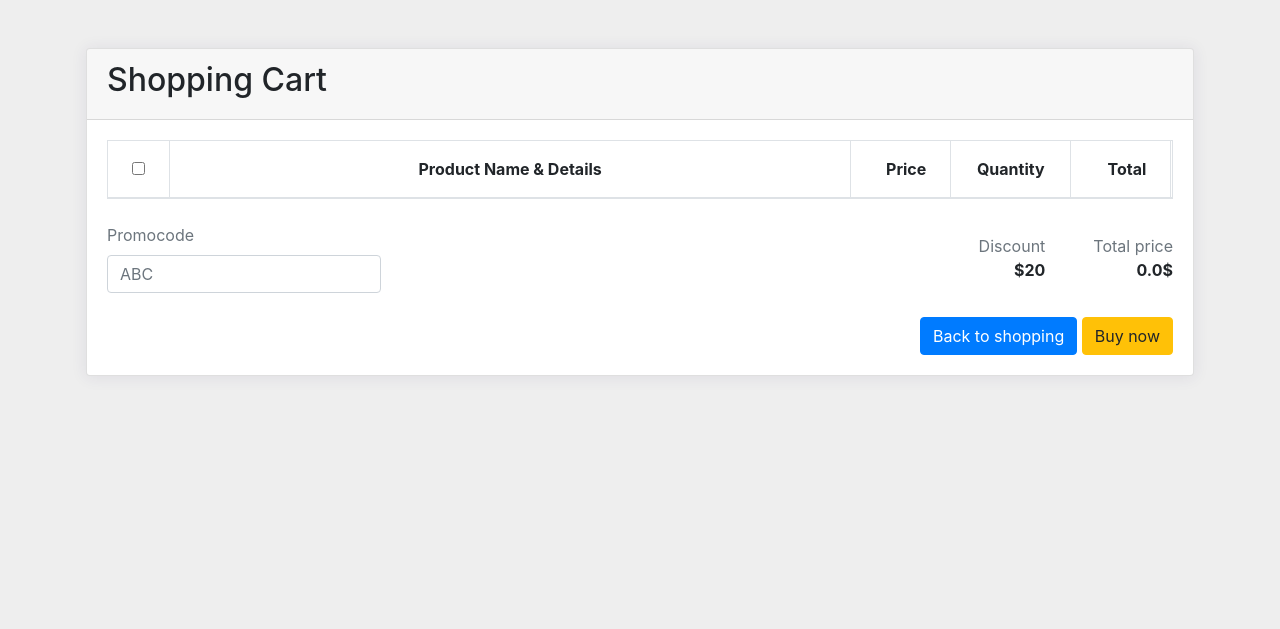
Repository: Szers222/MyProject
Page: http://localhost/MyProject/cart.jsp
An editor plug-in stored every save of this project. The page is shown before and after the next save, followed by the edit.
The browser window is 1280 px wide. The pictures show the whole page.
Some web libraries are served in a nearby version. The page is served by Tomcat 10. The template is opened directly, without the code that normally fills it, so the values that code supplies are empty.

Above is the page before, as saved 2023-12-13 11:50:56.

After the next save:
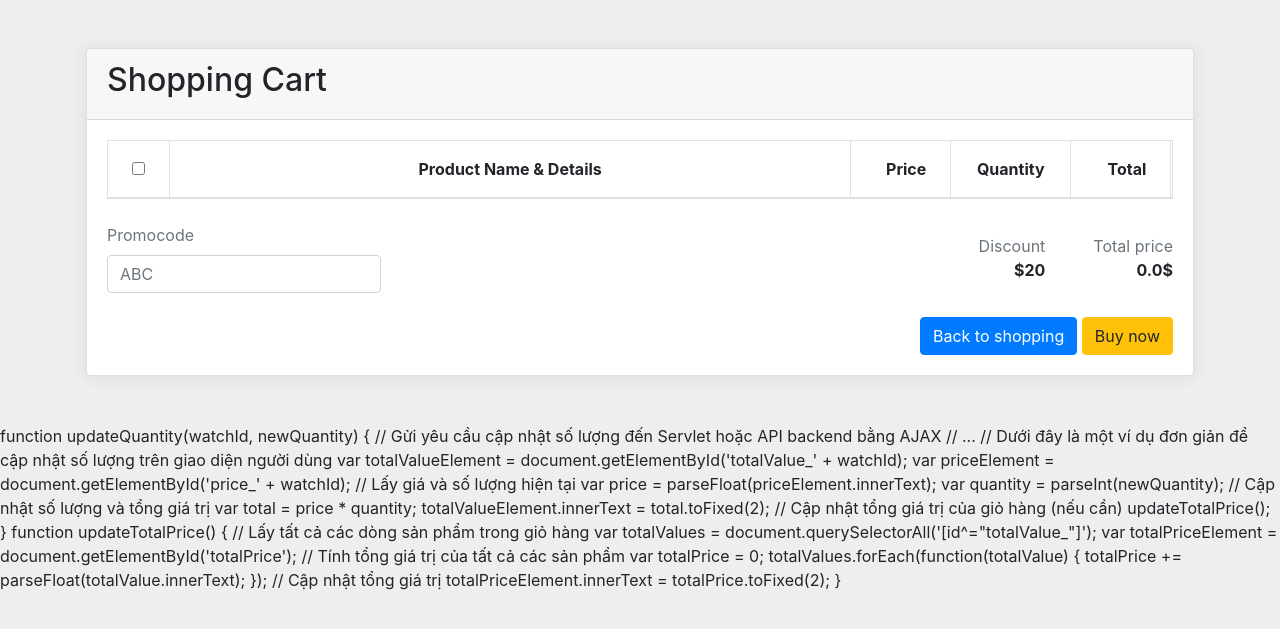
Saved 107 s later.
--- a/MyProject/src/main/webapp/cart.jsp
+++ b/MyProject/src/main/webapp/cart.jsp
@@ -292,10 +292,9 @@
 
 	<script src="https://code.jquery.com/jquery-3.2.1.min.js"></script>
 
-<script>
 function updateQuantity(watchId, newQuantity) {
-    // Gửi yêu cầu cập nhật số lượng đến Servlet hoặc API backend
-    // Có thể sử dụng AJAX để gửi yêu cầu không đồng bộ
+    // Gửi yêu cầu cập nhật số lượng đến Servlet hoặc API backend bằng AJAX
+    // ...
 
     // Dưới đây là một ví dụ đơn giản để cập nhật số lượng trên giao diện người dùng
     var totalValueElement = document.getElementById('totalValue_' + watchId);
@@ -324,10 +323,9 @@
         totalPrice += parseFloat(totalValue.innerText);
     });
 
-    // Hiển thị tổng giá trị
+    // Cập nhật tổng giá trị
     totalPriceElement.innerText = totalPrice.toFixed(2);
 }
-</script>
 
 </body>
 </html>

After the save that followed:
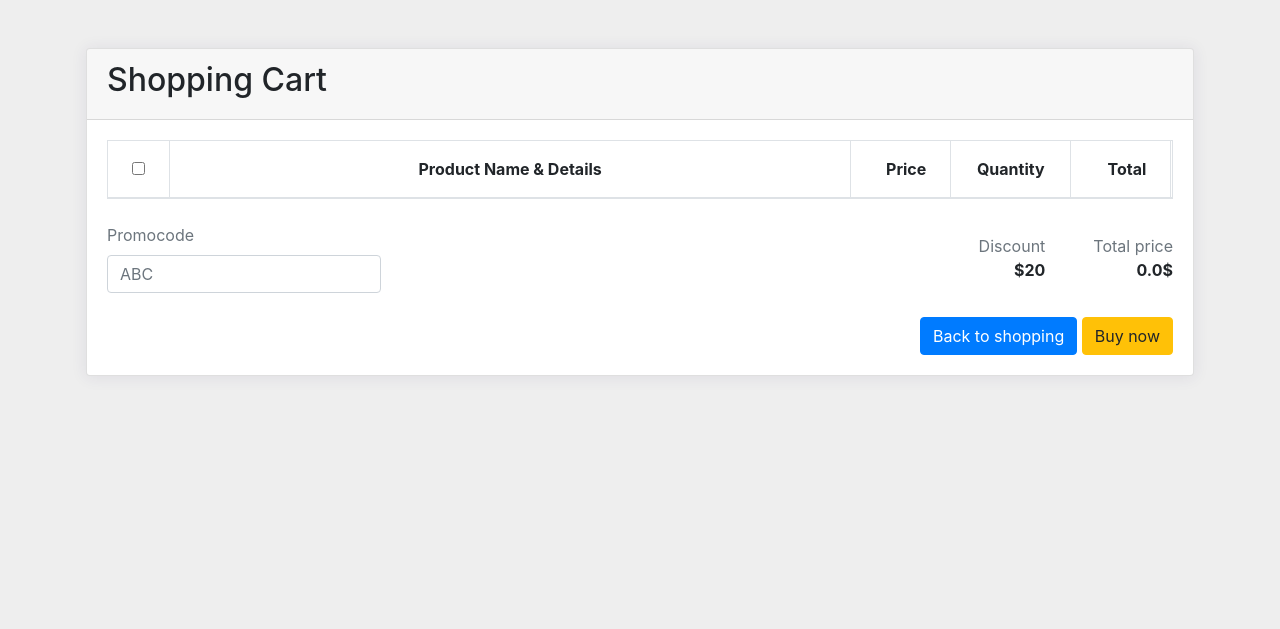
Saved 13 s later.
--- a/MyProject/src/main/webapp/cart.jsp
+++ b/MyProject/src/main/webapp/cart.jsp
@@ -292,6 +292,7 @@
 
 	<script src="https://code.jquery.com/jquery-3.2.1.min.js"></script>
 
+<script>
 function updateQuantity(watchId, newQuantity) {
     // Gửi yêu cầu cập nhật số lượng đến Servlet hoặc API backend bằng AJAX
     // ...
@@ -326,6 +327,7 @@
     // Cập nhật tổng giá trị
     totalPriceElement.innerText = totalPrice.toFixed(2);
 }
+</script>
 
 </body>
 </html>
